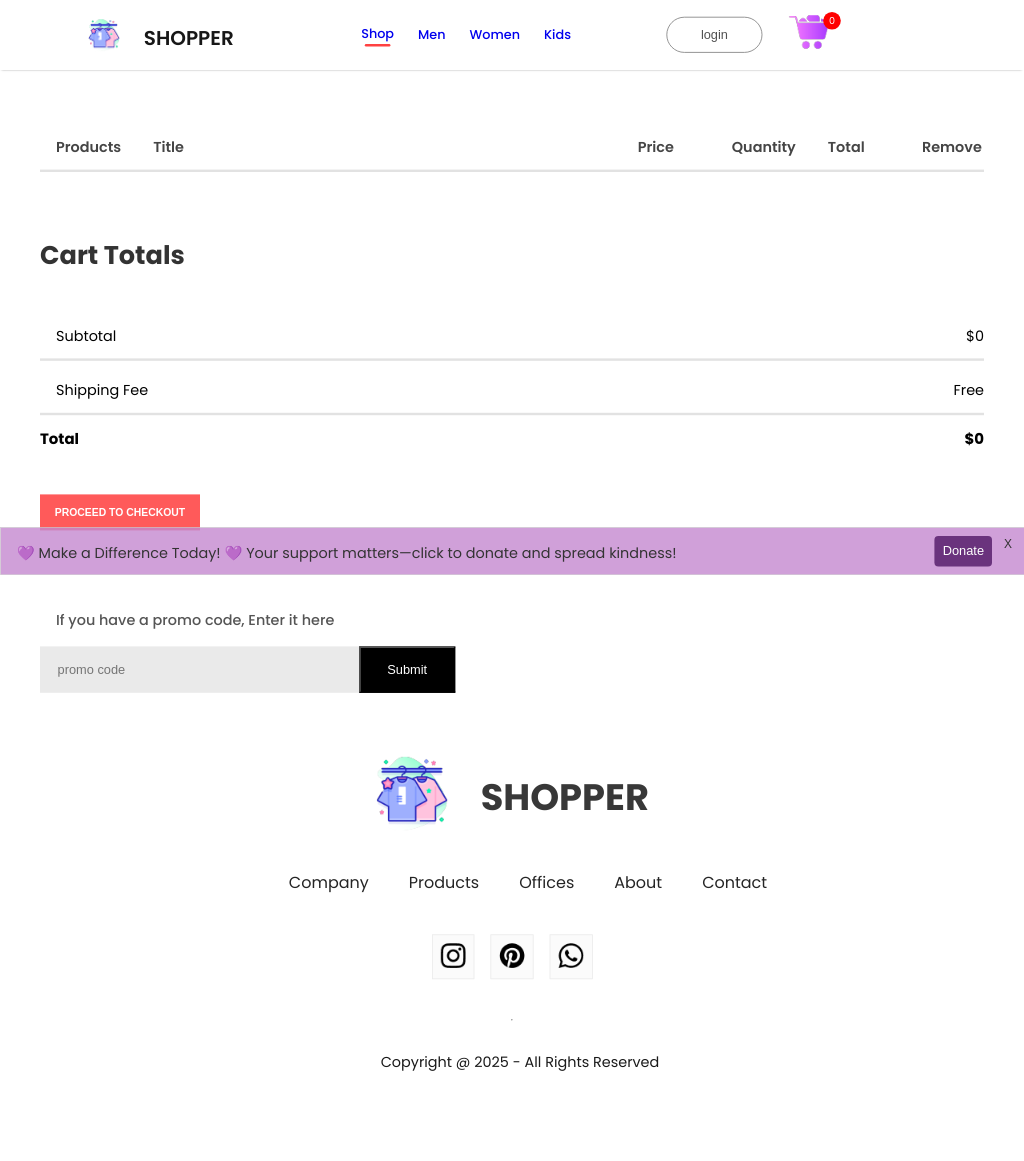
Repository: PayalJakhar/Shoppers-E-commerce-Website
Page: /cart (app in frontend/)
These files come from the project's save history. The page is drawn as it stood at one moment and after the next save; the edit follows.
The browser window is 1280 px wide. The pictures show the whole page, at 80% of full size.
The page's requests for data from a server got no answer. The project was rebuilt for these pictures with package versions that can differ from the ones it lists, and the page was loaded fresh each time. No one was signed in, and anything a server would have sent is missing. Also part of the build but not shown: frontend/src/App.css, frontend/src/Components/Hero/Hero.css, frontend/src/Components/Hero/Hero.jsx, frontend/src/Components/Popular/Popular.css, frontend/src/Components/Item/Item.css, frontend/src/Components/Item/Item.jsx, frontend/src/Components/Popular/Popular.jsx, frontend/src/Components/Offers/Offers.css and 21 more.

Above is the page before, as saved 2025-02-07 19:19:28.

### frontend/src/index.css
*{
  margin:0;
}
body {
  margin: 0;
  font-family: -apple-system, BlinkMacSystemFont, 'Segoe UI', 'Roboto', 'Oxygen',
    'Ubuntu', 'Cantarell', 'Fira Sans', 'Droid Sans', 'Helvetica Neue',
    sans-serif;
  -webkit-font-smoothing: antialiased;
  -moz-osx-font-smoothing: grayscale;
  font-family:'poppins';
}

code {
  font-family: source-code-pro, Menlo, Monaco, Consolas, 'Courier New',
    monospace;
}

### frontend/src/Components/Navbar/Navbar.jsx
import React, { useContext, useState, useRef } from 'react';
import { Link } from 'react-router-dom';
import './Navbar.css';
import logo from '../Assets/Frontend_Assets/logo.png';
import cart_icon from '../Assets/Frontend_Assets/cart_icon.png';
import { ShopContext } from '../../Context/ShopContext';
import nav_dropdown from '../Assets/Frontend_Assets/nav_dropdown.png'

export default function Navbar() {
    const [menu, setMenu] = useState('shop');
    const {getTotalCartItems} = useContext(ShopContext);
    const menuRef = useRef();

    const dropdown_toggle = (e) =>{
        menuRef.current.classList.toggle('nav-menu-visible');
        e.target.classList.toggle('open');
    }


    return (
        <div className="navbar">
            <div className="nav-logo">
                <img src={logo} alt="" />
                <p> SHOPPER</p>
            </div>
            <img  className='nav-dropdown' onClick={dropdown_toggle} src={nav_dropdown} alt=""/>
            <ul ref={menuRef} className="nav-menu">
                <li onClick={() => { setMenu('shop') }}><Link style={{textDecoration:'none'}} to='/'>Shop</Link>{menu === 'shop' ? <hr /> : <></>}</li>
                <li onClick={() => { setMenu('mens') }}><Link style={{textDecoration:'none'}} to='/mens'>Men</Link>{menu === 'mens' ? <hr /> : <></>}</li>
                <li onClick={() => { setMenu('women') }}><Link style={{textDecoration:'none'}} to='/women'>Women</Link>{menu === 'women' ? <hr /> : <></>}</li>
                <li onClick={() => { setMenu('kids') }}><Link style={{textDecoration:'none'}} to='/kids'>Kids</Link>{menu === 'kids' ? <hr /> : <></>}</li>
            </ul>
            <div className="nav-login-cart">
                {localStorage.getItem('auth-token')?<button onClick={()=>{localStorage.removeItem('auth-token');window.location.replace('/')}}>Logout</button>:<Link style={{textDecoration:'none'}} to='/login'><button>login</button></Link>}
                <Link style={{textDecoration:'none'}} to='/cart'><img src={cart_icon} alt="" /></Link>
                <div className="nav-cart-count">{getTotalCartItems()}</div>
            </div>
            <div>

            </div>
        </div>
    )
}

### frontend/src/Pages/Cart.jsx
import React from 'react'
import CartItems from '../Components/CartItems/CartItems'

export default function Cart() {
  return (
    <div>
      <CartItems/>
    </div>
  )
}

### frontend/src/Components/Footer/Footer.jsx
import React from 'react'
import './Footer.css'
import footer_logo from '../Assets/Frontend_Assets/logo_big.png'
import instagram_icon from '../Assets/Frontend_Assets/instagram_icon.png'
import pintester_icon from '../Assets/Frontend_Assets/pintester_icon.png'
import whatsapp_icon from '../Assets/Frontend_Assets/whatsapp_icon.png'
export default function Footer() {
  return (
    <div className='footer'>
        <div className="footer-logo">
            <img src={footer_logo} alt=""/>
            <p>SHOPPER</p>
        </div>
        <ul className="footer-links">
            <li>Company</li>
            <li>Products</li>
            <li>Offices</li>
            <li>About</li>
            <li>Contact</li>
        </ul>
        <div className="footer-social-icon">
            <div className="footer-icons-container">
                <img src={instagram_icon} alt=""/>
            </div>
            <div className="footer-icons-container">
                <img src={pintester_icon} alt=""/>
            </div>
            <div className="footer-icons-container">
                <img src={whatsapp_icon} alt=""/>
            </div>
        </div>
        <div className="footer-copyright">
            <hr/>
            <p>Copyright @ 2025 - All Rights Reserved</p>
        </div>
    </div>
  )
}

### frontend/src/Components/Donate/Donate.jsx
import React, { useState } from 'react';
import { Link } from 'react-router-dom';
import './Donate.css';

const Donate = () => {
  const [value, setValue] = useState('flex');
  const [isOpen, setIsOpen] = useState(false);

  const openModal = () => {
    setIsOpen(true);
    setValue('none');
  };

  const closeModal = () => {
    setIsOpen(false);
    setValue('flex');
  };

  return (
    <>
      <div className='donates' style={{ display: value }}>
        <p>💜 Make a Difference Today! 💜 Your support matters—click to donate and spread kindness!</p>
        <div className='donate-ins'>
          <button className='paras' onClick={openModal}>Donate</button>
          <button className='texts' onClick={() => setValue('none')}>X</button>
        </div>
      </div>
      {isOpen && (
        <div className="modals">
          <div className="modal-contents">
            <span className="closes" onClick={closeModal}>&times;</span>
            <h2>🌼 Donate & Earn Rewards! 🌼</h2>
            <ul>
              <li>✔ Support a Cause: Your donations go directly to trusted NGOs, making a real impact</li>
              <li>✔ Minimum 5 Items: Donate at least 5 clothes to contribute</li>
              <li>✔ Earn Rewards: Get 100 points per donation—stack up to 500 points to unlock exclusive discounts & coupons!</li>
              <li>✔ Quality Matters: Clothes should have no more than 20% damage—let's keep it wearable for those in need!</li>
              💙 Give. Earn. Save. Start donating today!
            </ul>
            <button className="donate-buttons" onClick={()=>{setValue('none');setIsOpen(false)}}>
              <Link style={{ textDecoration: 'none', color:'white'}} to='/donation'>Donate Now</Link>
            </button>
          </div>
        </div>
      )}
    </>
  );
}

export default Donate;

### frontend/src/Components/Navbar/Navbar.css
.navbar{
    display:flex;
    justify-content:space-around;
    padding:16px;
    box-shadow:0 1px 3px -2px black;
    align-items: center;
}

.nav-logo{
    display:flex;
    align-items:center;
    gap:10px;
}

.nav-logo p{
    color: #171717;
    font-size: 38px;
    font-weight:600;
}

.nav-menu{
    display:flex;
    align-items:center;
    list-style:none;
    gap:50px;
    color: #626262;
    font-size:20px;
    font-weight: 500;
}

.nav-menu li{
    display:flex;
    flex-direction:column;
    align-items:center;
    justify-content:center;
    cursor:pointer;
}

.nav-menu hr{
    border:none;
    width:80%;
    height:3px;
    border-radius:10px;
    background: #FF4141;
}

.nav-login-cart{
    display:flex;
    align-items:center;
    gap:45px;
}

.nav-login-cart button{
    width:157px;
    height:58px;
    outline:none;
    border:1px solid #7a7a7a;
    border-radius:75px;
    color:#515151;
    font-size:20px;
    font-weight:500;
    background:white;
    cursor:pointer;
}

.nav-login-cart button:hover{
    background:#f3f3f3;
}

.nav-cart-count{
    width:22px;
    height:22px;
    display:flex;
    justify-content:center;
    align-items:center;
    margin-top:-35px;
    margin-left:-55px;
    border-radius:11px;
    font-size:14px;
    background:red;
    color:white;
}

.nav-dropdown{
    display: none;
}

/* here we are making it responsive for max-width: 1280px */

@media(max-width: 1280px){
    .navbar{
        padding: 12px 50px;
    }

    .nav-logo img{
        width: 40px;
    }
    .nav-logo p{
        font-size: 25px;
    }
    .nav-menu{
        gap: 30px;
        font-size: 16px;
    }
    .nav-login-cart{
        gap: 30px;
    }
    .nav-login-cart button{
        width: 120px;
        height: 45px;
        font-size: 16px;
    }
    .nav-cart-count{
        margin-left: -40px;
        font-size: 12px;
    }
}

@media(max-width: 1024px){
    .navbar{
        padding: 12px 30px;
    }

    .nav-menu{
        gap: 25px;
        font-size: 14px;
    }
    .nav-login-cart button{
        width: 80px;
        height: 35px;
        font-size: 14px;
    }
    .nav-cart-count{
        width: 18px;
        height: 18px;
    }
    .nav-login-cart img{
        width: 30px;
    }
}

@media(max-width: 800px){
    .navbar{
        padding: 10px 0px;
    }

    .nav-dropdown{
        display: block;
        width: 30px;
        rotate: -90deg;
        transition: 0.5s;
    }
    .nav-menu{
        display: none;
        height: 80px;
        width: 100%;
        position: absolute;
        background-color: white;
        justify-content: center;
        top: 50px;
    }
    .nav-menu-visible{
        display: flex;
    }
    .nav-dropdown.open{
        transform: rotate(90deg);
    }
}


@media(max-width: 500px){
    .navbar{
        padding: 8px 0px;
        gap: 0;
    }

    .nav-logo{
       transform: scale(0.8);
    }
    .nav-menu{
        height: 70px;
        top: 50px;
        display: none;
    }
    .nav-login-cart{
        transform: scale(0.8);
    }
    .nav-menu-visible{
        display: flex;
    }
    .nav-dropdown.open{
        transform: rotate(90deg);
    }
}

### frontend/src/Components/CartItems/CartItems.jsx
import React, { useContext } from 'react';
import './CartItems.css';
import { ShopContext } from '../../Context/ShopContext';
import remove_icon from '../Assets/Frontend_Assets/cart_cross_icon.png';

const CartItems = () => {
    const { getTotalCartAmount, all_product, cartItems, removeFromCart } = useContext(ShopContext);
    return (
        <div className='cartitems'>
            <div className="cartitems-format-main">
                <p>Products</p>
                <p>Title</p>
                <p>Price</p>
                <p>Quantity</p>
                <p>Total</p>
                <p>Remove</p>
            </div>
            <hr />
            {all_product.map((e) => {
                if (cartItems[e.id] > 0) {
                    return (
                        <div key={e.id}>
                            <div className="cartiitems-format cartitems-format-main">
                                <img src={e.image} alt="" className='carticon-product-icon' />
                                <p>{e.name}</p>
                                <p>${e.new_price}</p>
                                <button className='cartitems-quantity'>{cartItems[e.id]}</button>
                                <p>${e.new_price * cartItems[e.id]}</p>
                                <img
                                    className='cartitems-remove-icon' src={remove_icon} onClick={() => { removeFromCart(e.id) }} alt="" />
                            </div>
                            <hr />
                        </div>
                    );
                }
                return null;
            })}
            <div className="cartitems-down">
                <div className="cartitems-total">
                    <h1>Cart Totals</h1>
                    <div>
                        <div className="cartitems-total-item">
                            <p>Subtotal</p>
                            <p>${getTotalCartAmount()}</p>
                        </div>
                        <hr />
                        <div className="cartitems-total-item">
                            <p>Shipping Fee</p>
                            <p>Free</p>
                        </div>
                        <hr />
                        <div className="cartitems-total-item">
                            <h3>Total</h3>
                            <h3>${getTotalCartAmount()}</h3>
                        </div>
                    </div>
                    <button>PROCEED TO CHECKOUT</button>
                </div>
                <div className="cartitems-promocode">
                    <p>If you have a promo code, Enter it here</p>
                    <div className="cartitems-promobox">
                        <input type="text" placeholder='promo code' />
                        <button>Submit</button>
                    </div>
                </div>
            </div>
        </div>
    );
}

export default CartItems;

### frontend/src/Components/Footer/Footer.css
.footer{
    display: flex;
    flex-direction: column;
    justify-content: center;
    align-items: center;
    gap: 50px;
    margin-bottom:80px;
}

.footer-logo{
    display: flex;
    align-items: center;
    gap: 20px;
}

.footer-logo p{
    color: #383838;
    font-size: 46px;
    font-weight: 700;

}

.footer-links{
    display: flex;
    list-style: none;
    gap: 50px;
    color: #252525;
    font-size: 20px;
}

.footer-links li{
    cursor: pointer;
}

.footer-social-icon{
    display: flex;
    gap: 20px;
}

.footer-icons-container{
    padding: 10px;
    padding-bottom:6px;
    background: #fbfbfb;
    border: 1px solid #ebebeb;
}

.footer-copyright{
    display: flex;
    flex-direction: column;
    align-items: center;
    gap: 30px;
    width: 100%;
    margin-bottom: 30px;
    color: #1a1a1a;
    font-size: 20px;
}

.footer-copyright r{
    width: 80%;
    border: none;
    border-radius: 10px;
    height: 3px;
    background: #c7c7c7;
}

@media(max-width: 800px){
    .footer{
        gap: 20px;
    }
    .footer-lgo{
        gap: 10px;
        align-items: end;
    }
    .footer-logo img{
        width: 40px;
    }
    .footer-logo p{
        font-size: 25px;
    }
    .footer-links{
        font-size: 14px;
        gap: 10px;
    }
    .footer-social-icon img{
        width: 22px;
    }
    .footer-copyright{
        font-size: 13px;
    }
}

### frontend/src/Components/Donate/Donate.css
.donates {
    position: fixed;
    bottom:1px;
    display:flex;
    justify-content:space-between;
    width: 100%;
    background-color: rgb(197, 137, 208);
    padding: 10px 0px 10px 0px;
    border: 1px solid #ccc;
    z-index: 1000;
    opacity:0.8;
    animation: slideInUp 0.9s ease-out forwards;
}

.donate-ins{
    position:relative;
    margin-right:40px;
    display:flex;
    gap:30px;
}

p{
    padding-top:8px;
    margin-left:20px;
    weight:300;
    font-size:18px;
}

.paras {
    padding: 10px;
    margin-right:1px;
    font-size: 16px;
    border: none;
    background-color: #45015d;
    color: white;
    cursor: pointer;
    border-radius: 5px;
}

.texts{
    background-color:transparent;
    border:none;
    position: absolute;
    top: 0;
    right: -30px;
    font-size:15px;
    font-weight:500;
}

.paras:hover{
background-color: #00060a;
}

.texts:hover{
    color:white;
}

.modals {
    display: flex;
    justify-content: center;
    align-items: center;
    position: fixed;
    z-index: 1;
    left: 0;
    right:0;
    bottom:0;
    top: 0;
    width: 100%;
    height: 100%;
    background-color: rgba(0,0,0,0.5);
}

.modal-contents {
    background-color: #fefefe;
    margin: 15% auto;
    padding: 20px;
    border: 1px solid #888;
    width: 80%;
    border-radius: 10px;
    text-align: center;
    box-shadow: 0 4px 8px rgba(0,0,0,0.2);
}

.closes {
    color: #aaa;
    float: right;
    font-size: 28px;
    font-weight: bold;
}

.closes:hover,
.closes:focus {
    color: black;
    text-decoration: none;
    cursor: pointer;
}

.donate-buttons {
    background-color: #802ea5;
    color: white;
    padding: 10px 20px;
    text-align: center;
    text-decoration: none;
    display: inline-block;
    font-size: 16px;
    margin: 15px 2px 0px 2px;
    cursor: pointer;
    border-radius: 5px;
    transition: background-color 0.3s;
    border:none;
}

.donate-buttons:hover {
    background-color: #170122;

}

.open-modal-buttons {
    background-color: #ffebcd;
    color: #333;
    padding: 10px 15px;
    border: none;
    border-radius: 5px;
    cursor: pointer;
    font-size: 16px;
    margin: 20px;
    transition: background-color 0.3s;
}

.modal-contents ul {
    list-style: none;
    padding: 0;
    margin: 0;
}

.modal-contents li {
    display: flex;
    align-items: center;
    gap: 8px;
    padding: 8px 0;
    font-size: 16px;
}


.open-modal-buttons:hover {
    background-color: #f0e68c;
}


@keyframes slideInUp {
    0% {
      transform: translateY(100%);
      opacity: 0;
    }
    100% {
      transform: translateY(0);
      opacity: 0.8;
    }
  }


  @media(max-width:500px){
    .donate{
        height:50px;
        gap:2px;
    }
    p{
        font-size: 10px;
    }
    .para{
        font-size: 13px;
    }
    .text{
        font-size:12px;
    }
}

### frontend/src/Components/CartItems/CartItems.css
.cartitems{
    margin: 100px 70px;
}
.cartitems hr{
    height: 3px;
    background: #e2e2e2;
    border: 0;
}
.cartitems-format-main{
    display: grid;
    grid-template-columns: 0.5fr 2fr 1fr 1fr 1fr 1fr;
    align-items: center;
    gap: 75px;
    padding: 20px 0px;
    color: #454545;
    font-size: 18px;
    font-weight: 600;

}
.cartiitems-format{
    font-size: 17px;
    font-weight: 500;
}
.carticon-product-icon{
    height: 62px;
}
.cartitems-remove-icon{
    width: 15px;
    margin: 0px 40px;
    cursor: pointer;
}
.cartitems-quantity{
    width: 64px;
    height: 50px;
    border: 2px solid #ebebeb;
    background: #fff;
}
.cartitems-down{
    display: flex;
    margin: 100px 0px;
}
.cartitems-total{
    flex: 1;
    display: flex;
    flex-direction: column;
    margin-right: 200px;
    gap: 40px;

}
.cartitems-total-item{
    display: flex;
    justify-content: space-between;
    padding: 15px 0px;
}
.cartitems-total button{
    width: 262px;
    height: 58px;
    outline: none;
    border: none;
    background: #ff5a5a;
    color:white;
    font-size: 16px;
    font-weight: 600;
    cursor: pointer;
}
.cartitems-promocode{
    flex:1;
    display: flex;
    flex-direction: column;
    font-weight: 500;

}
.cartitems-promocode p{
    color:#555;
    margin-top: 10px;
}
.cartitems-promobox{
    width: 504px;
    margin-top: 20px;
    padding-left: 20px;
    height: 58px;
    background: #eaeaea;
}
.cartitems-promobox input{
    border: none;
    outline: none;
    background: transparent;
    font-size: 16px;
    width: 330px;
    height: 50px;
}
.cartitems-promobox button{
    width: 170px;
    height: 58px;
    font-size: 16px;
    background: black;
    color: white;
    cursor: pointer;
}

@media(max-width:1280px){
    .cartitems{
        margin: 60px 50px;
    }

    .cartitems-format-main{
        grid-template-columns: 0.5fr 3fr 0.5fr 0.5fr 0.5fr 0.5fr;
        gap: 20px;
        padding: 15px 0px;
        font-size: 15px;
    }

    .carticon-product-icon{
        height: 50px;
    }

    .cartitems-remove-icon{
        margin: auto;
    }

    .cartitems-quantity{
        width: 40px;
        height: 30px;
    }

    .cartitems-down{

        margin: 80px 0px;

        flex-direction: column;

        gap: 80px;
    }

        .cartitems-total {

        margin: 0px;

        }

        .cartitems-total button{
        max-width: 200px;
        height: 45px;
        font-size: 13px;
        }
        .cartitems-promobox{
        width: auto;
        max-width: 500px;
        }

        .cartitems-promobox input{
            width: 100%;
        }

        .cartitems-promobox button{
            width: 120px;
            margin-left: -125px;
        }

}

@media (max-width:500px){

    .cartitems-format-main{
    display: none;
    grid-template-columns: 0.5fr 3fr 0.5fr;
        gap : 10px;
    }

    .cartitems-format{
    display: grid;
    }
}

Loaded but not shown: frontend/public/index.html (common file); frontend/src/reportWebVitals.js (common file); frontend/src/App.js (38 lines, source omitted); frontend/src/index.js (20 lines, source omitted); frontend/src/Components/Donation/Donation.css (243 lines, source omitted); frontend/src/Context/ShopContext.jsx (115 lines, source omitted)

After the next save:
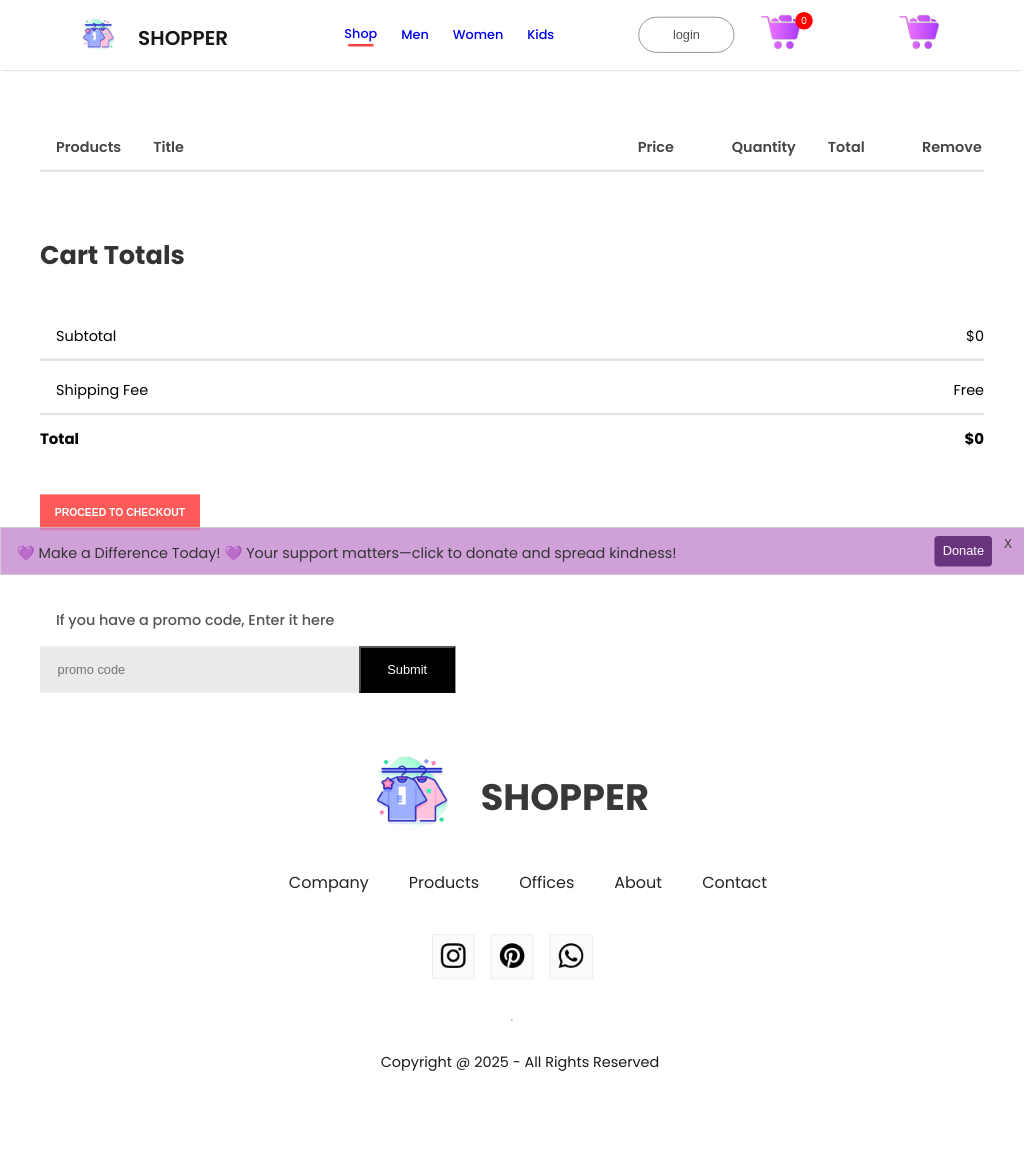
Saved 14 s later.
--- a/frontend/src/Components/Navbar/Navbar.jsx
+++ b/frontend/src/Components/Navbar/Navbar.jsx
@@ -36,7 +36,7 @@ export default function Navbar() {
                 <div className="nav-cart-count">{getTotalCartItems()}</div>
             </div>
             <div>
-
+            <img src={cart_icon} alt="" />
             </div>
         </div>
     )
